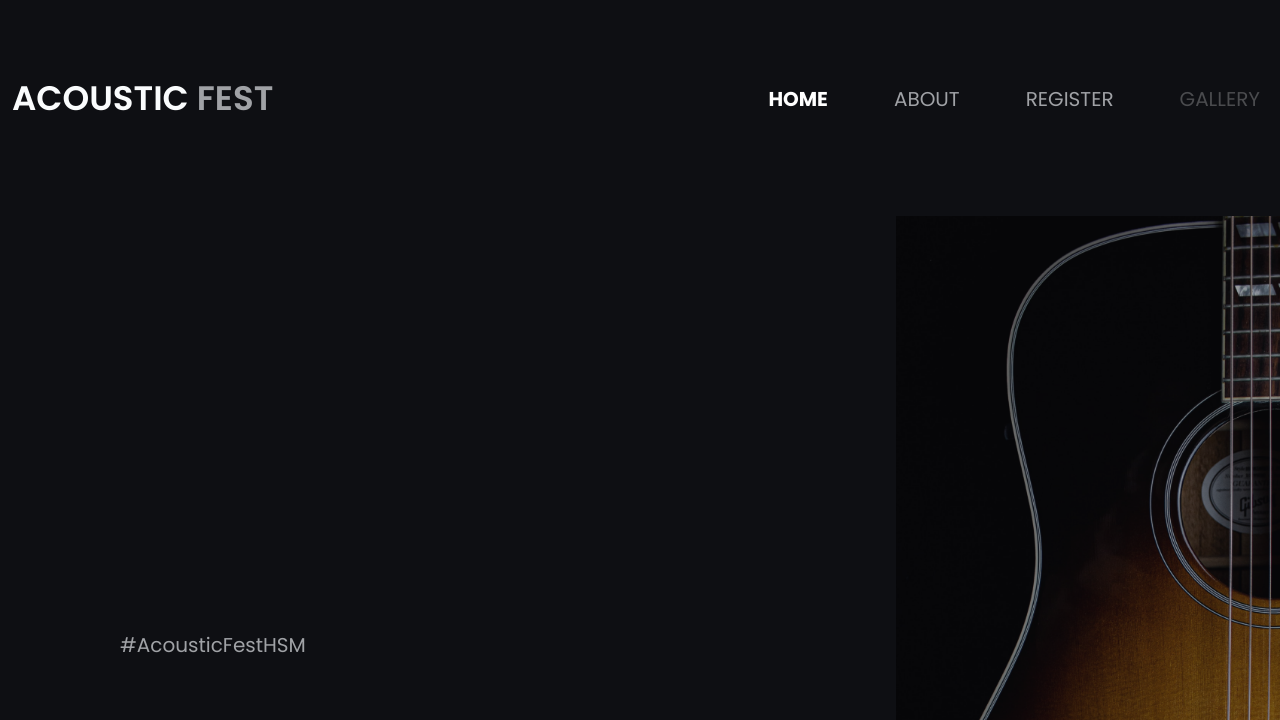
Repository: piyushiso/piyushiso.github.io
Page: event/acousticfest/index.html
The author's editor kept a copy of each file at every save. The page is drawn from the files as they stood at one save, then again after the next save.
The browser window is 1280 px wide. The pictures show the whole page.
Some web fonts or font styles are not loaded; a fallback is used.

Above is the page before, as saved 2022-05-19 14:08:32.

After the next save:
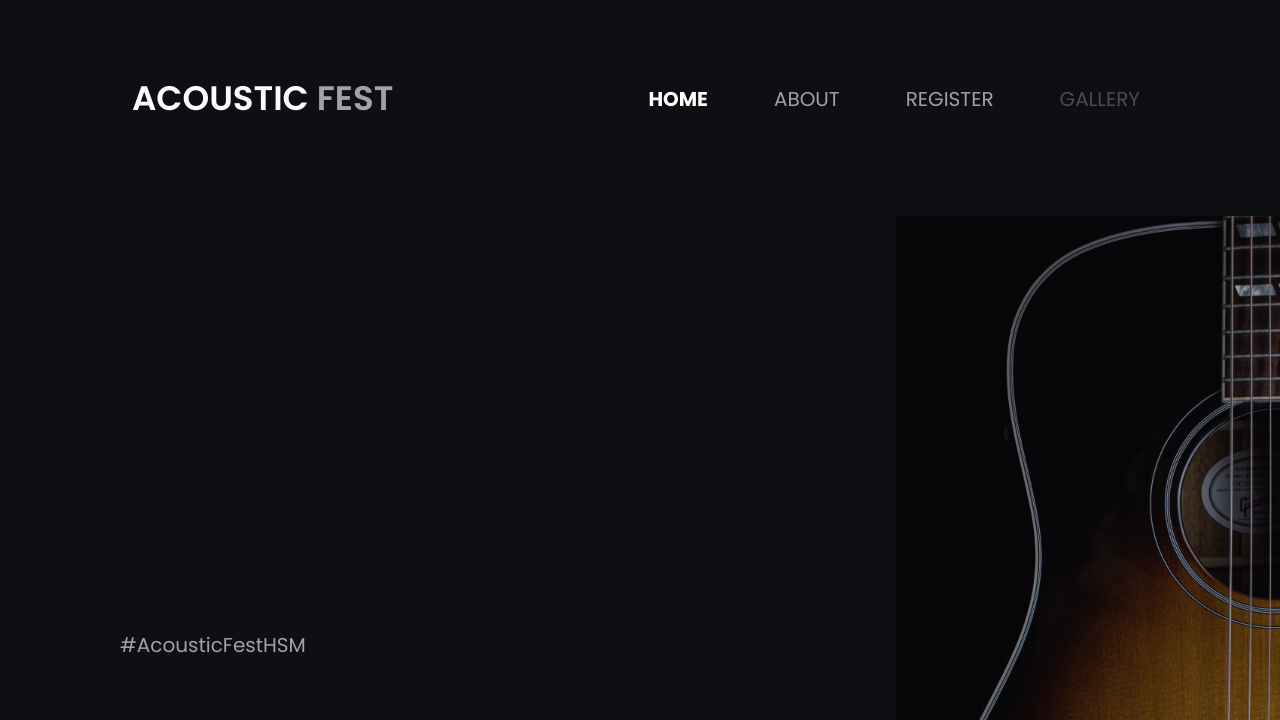
Saved 6 s later.
--- a/event/acousticfest/styles/style.css
+++ b/event/acousticfest/styles/style.css
@@ -57,7 +57,7 @@ nav {
     font-weight: var(--regular);
 }
 
-nav > div{
+nav{
     margin: var(--gap-y) var(--gap-x);
 }
 
